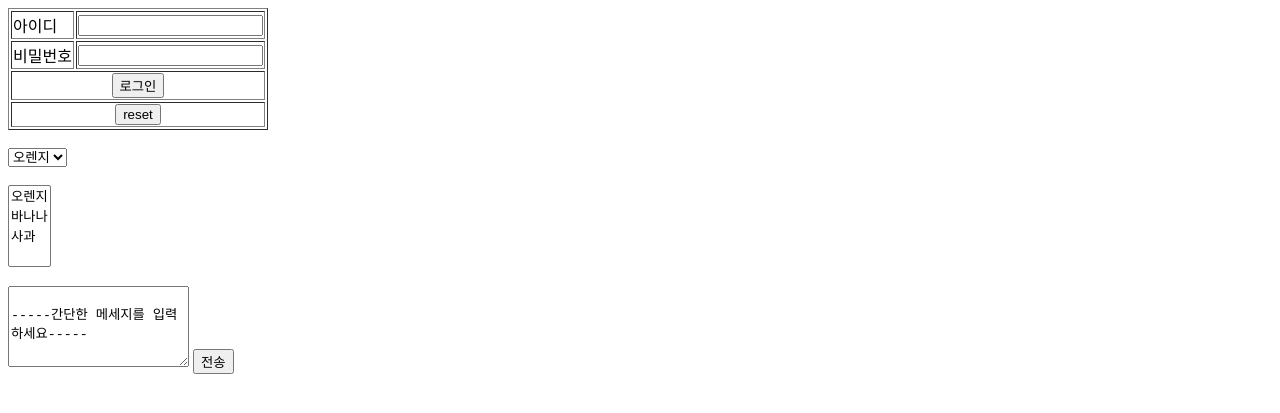
Repository: salee1023/JSP_Practice
Page: HTML_CSS_JS_practice01/src/main/webapp/form_tag.htm
The author's editor kept a copy of each file at every save. The page is drawn from the files as they stood at one save, then again after the next save.
The browser window is 1280 px wide. The pictures show the whole page.

Above is the page before, as saved 2021-08-16 11:38:57.

### HTML_CSS_JS_practice01/src/main/webapp/form_tag.htm
<!DOCTYPE html>
<html>
<head>
<meta charset="UTF-8">
<title>폼태그 연습</title>
</head>
<body>
	<!--
		폼을 구성하는 태그들
		  : 폼은 데이터를 전송할 때 사용하는 태그,
		  회원가입을 할 때 이름, 전화번호, 주소...

		<form> 자신의 태그내에 있는 데이터를 지정한 웹 주소로 전송해준다.
		데이터 전송방식
		  GET방식 : 데이터용량이 작은 256~4096바이트
		  POST방식 : 대용량의 데이터를 보낼 때 유용하다.

		  <form> 속성 :
		    method : 데이터 전송방식을 지정
		    name : 폼의 이름을 지정. 자바스크립트에서 폼내의 데이터를 구분할 때 사용한다.
		    action : 폼내의 데이터를 이동시킬 위치를 지정한다.
		    enctype : 대용량 파일의 데이터 속성을 지정한다.

		  구성태그들
		  ---------------
		  <input>
		    type :
		      text : 한 줄 입력받을 때 사용하는 형식
		      password : 비밀번호 형태로 입력받을 때 사용하는 형식
		      radio : 상호배타적 선택
		      checkbox : 다중 선택
		      button : 자바스크립트와 연계해서 사용
		      submit : 폼의 내용을 action에서 지정한 주소로 보낼 때 사용하는 형식
		      reset : 폼의 내용을 초깃값으로 재설정할 때 사용하는 형식
		      hidden : 숨김필드로 화면에 보이지 않게 할 때 사용하는 형식
		      file : 파일을 첨부할 때 사용하는 형식.

		  <select>
		  목록상자나 콤보 박스로 폼을 구성할 때 사용하는 태그
		    속성 :
		      name : 필드의 이름을 지정
		      size : 목록상자에 보여지는 항목의 수를 지정한다.
		      multiple : 필드에서 여러개의 항목을 선택할 수 있도록 지정한다.

		  <option>
		  select 태그가 만드는 필드의 항목을 만드는 태그
		    속성 :
		      value : 항목을 선택했을 때 전송할 값을 지정한다.
		      selected : 기본적으로 선택되는 항목을 지정한다.

		  <textarea>
		  여러줄에 입력하는 데이터를 사용하고자 할 때 사용하는 태그
		    속성 :
		      name : 필드의 이름을 지정
		      cols : 대문자 A를 기준으로 너비를 설정
		      rows : 대문자 A를 기준으로 높이를 설정
		      readonly : 필드를 읽기 전용으로 지정
	-->
	<form action="http://www.naver.com/index.html">
		<table border = 1>
			<tr>
				<td>아이디</td>
				<td>
					<input type="text" name="id">
				</td>
			</tr>
			<tr>
				<td>비밀번호</td>
				<td>
					<input type="password" name="pw">
				</td>
			</tr>
			<tr>
				<td colspan=2>
					<div align="center"><input type="submit" value="로그인"></div>
				</td>
			</tr>
			<tr>
				<td colspan=2>
					<div align="center"><input type="reset" value="reset"></div>
				</td>
			</tr>
		</table>
		<br>
		<select name="과일">
			<option value="orange">오렌지</option>
			<option value="banana">바나나</option>
			<option value="apple">사과</option>
		</select>
		<br><br>
		<select name="choice" multiple>
			<option value="orange">오렌지</option>
			<option value="banana">바나나</option>
			<option value="apple">사과</option>
		</select>
		<br><br>
		<textarea name="memo" cols="20" rows="5">
			-----간단한 메세지를 입력하세요-----
		</textarea>
		<input type="submit" value="전송">
	</form>
</body>
</html>

After the next save:
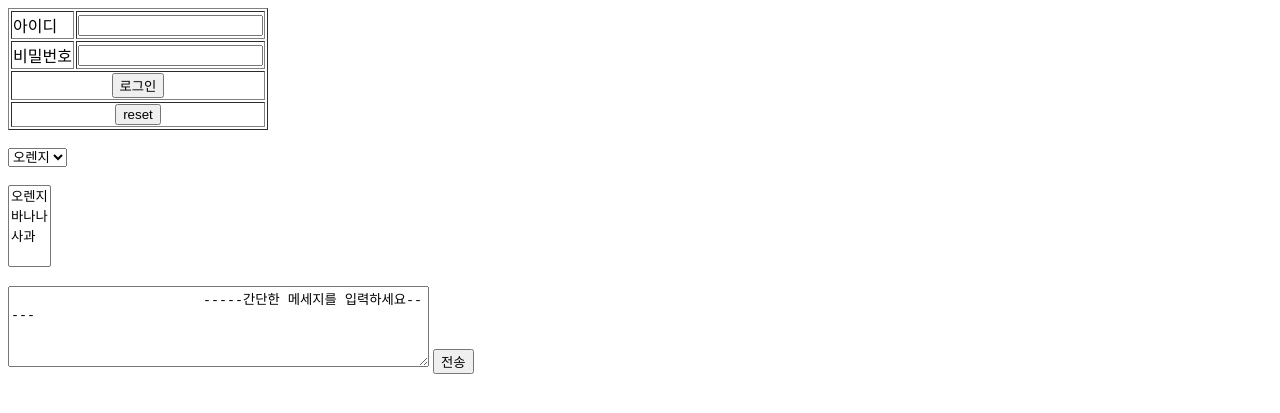
Saved 11 s later.
--- a/HTML_CSS_JS_practice01/src/main/webapp/form_tag.htm
+++ b/HTML_CSS_JS_practice01/src/main/webapp/form_tag.htm
@@ -94,7 +94,7 @@
 			<option value="apple">사과</option>
 		</select>
 		<br><br>
-		<textarea name="memo" cols="20" rows="5">
+		<textarea name="memo" cols="50" rows="5">
 			-----간단한 메세지를 입력하세요-----
 		</textarea>
 		<input type="submit" value="전송">
